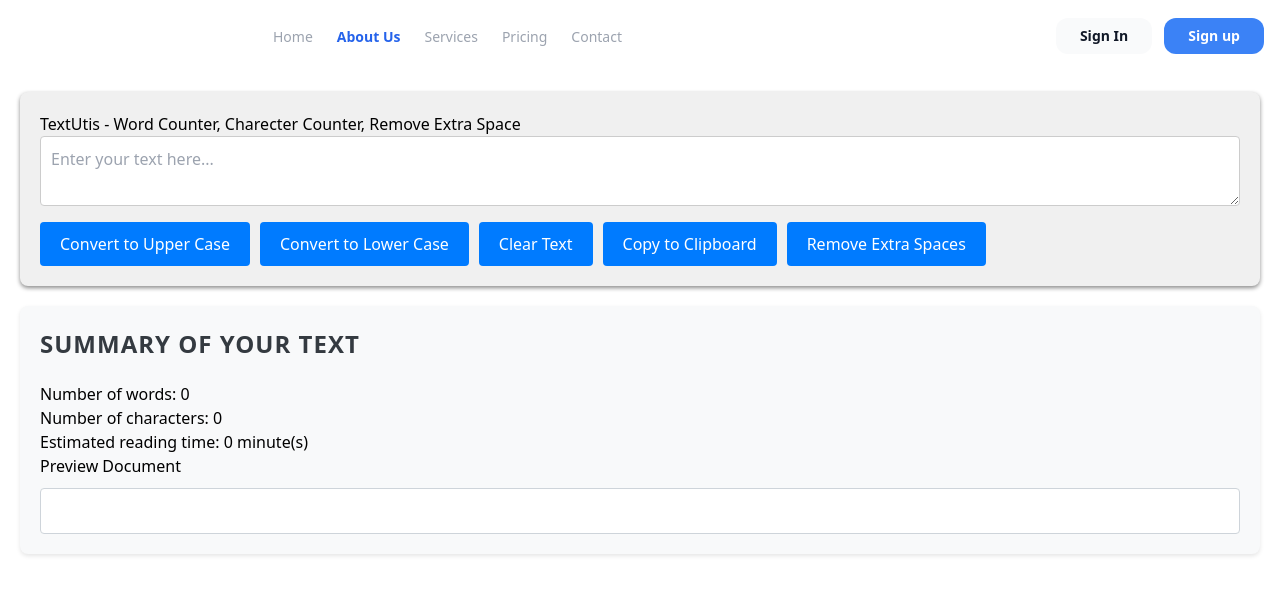
Repository: sriram1224/Text-converter
Page: /contact
An editor plug-in stored every save of this project. The page is shown before and after the next save, followed by the edit.
The browser window is 1280 px wide. The pictures show the whole page.
The project was rebuilt for these pictures with package versions that can differ from the ones it lists, and the page was loaded fresh each time. Also part of the build but not shown: src/App.css.

Above is the page before, as saved 2024-03-25 03:20:59.

After the next save:
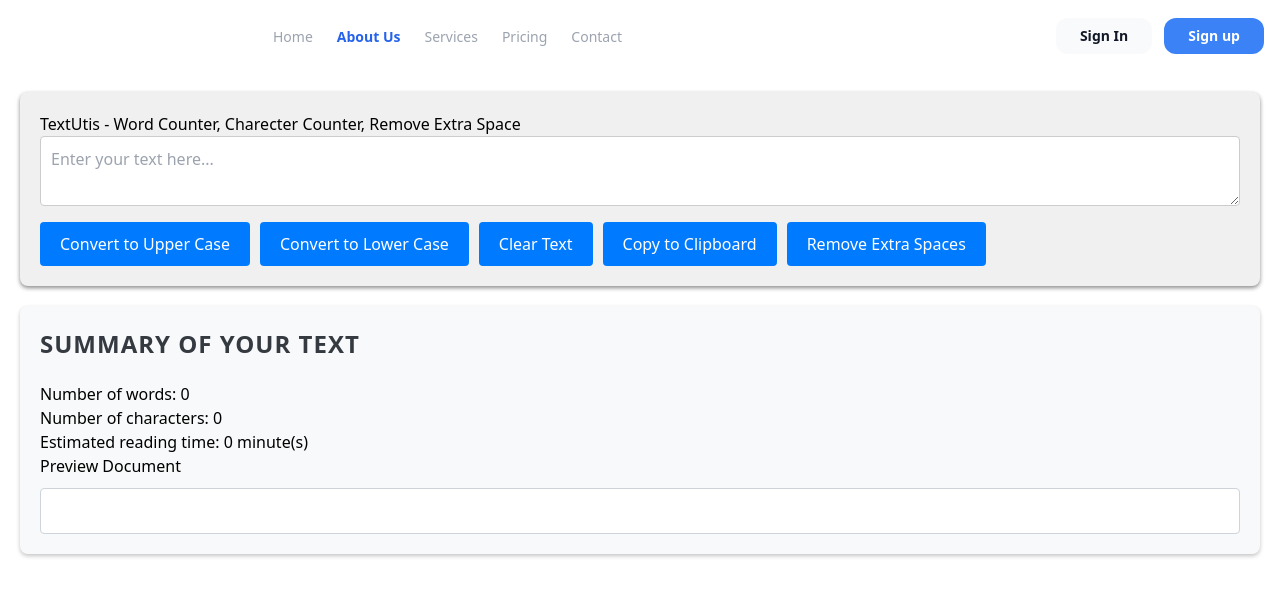
Saved 12 s later.
--- a/src/Home.css
+++ b/src/Home.css
@@ -41,7 +41,7 @@
     padding: 20px;
     background-color: #f8f9fa;
     border-radius: 8px;
-    box-shadow: 0 2px 4px rgba(0, 0, 0, 0.1);
+    box-shadow: 0 2px 4px rgba(0, 0, 0, 0.232);
 
     transition: all 0.3s ease;
 }
